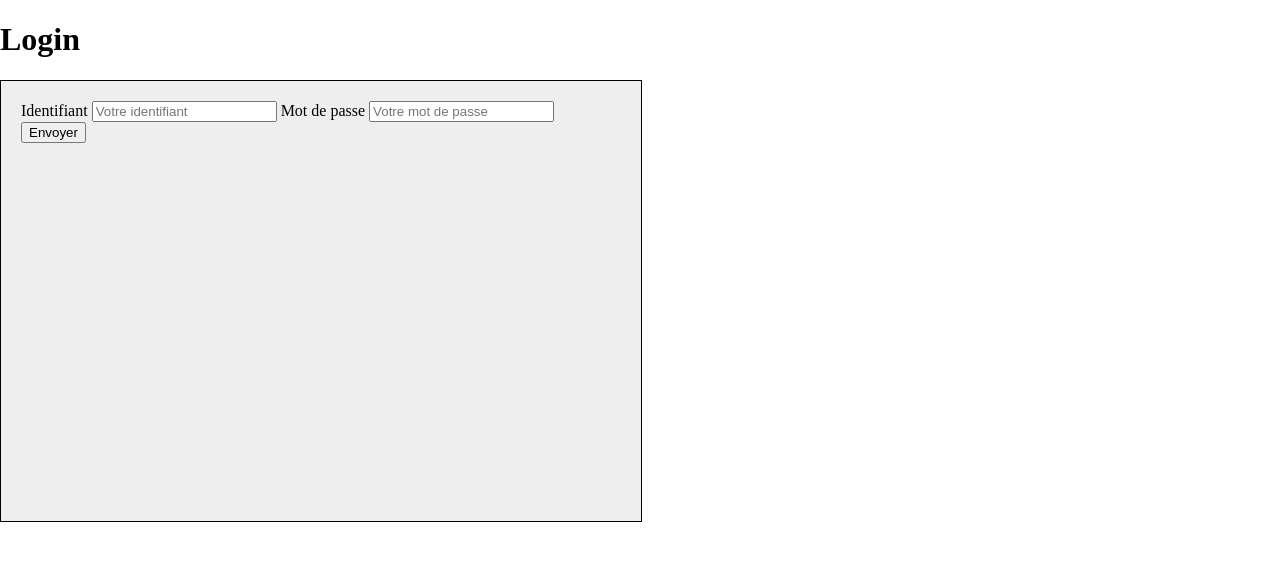
Repository: Luc010/Exercices
Page: HTML CSS/cours/formulaires/ex1.html
These files come from the project's save history. The page is drawn as it stood at one moment and after a run of saves; the edit follows.
The browser window is 1280 px wide. The pictures show the whole page.

Above is the page before, as saved 2019-09-06 10:07:45.

After the next 2 saves:
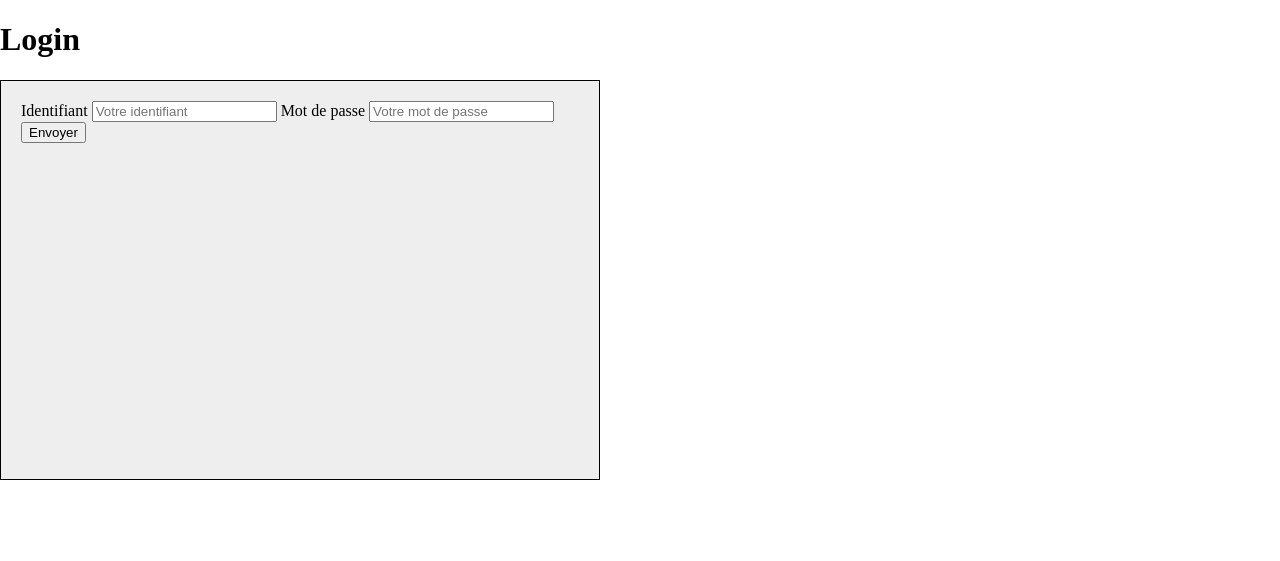
The 2 saves are shown as one change because they came seconds apart.
The last was saved 6 s later.
--- a/HTML CSS/cours/formulaires/ex1.html
+++ b/HTML CSS/cours/formulaires/ex1.html
@@ -7,7 +7,7 @@
     <title>Document</title>
     <style>
         *{
-            box
+            box-sizing: border-box;
         }
         body{
             padding: 0;
